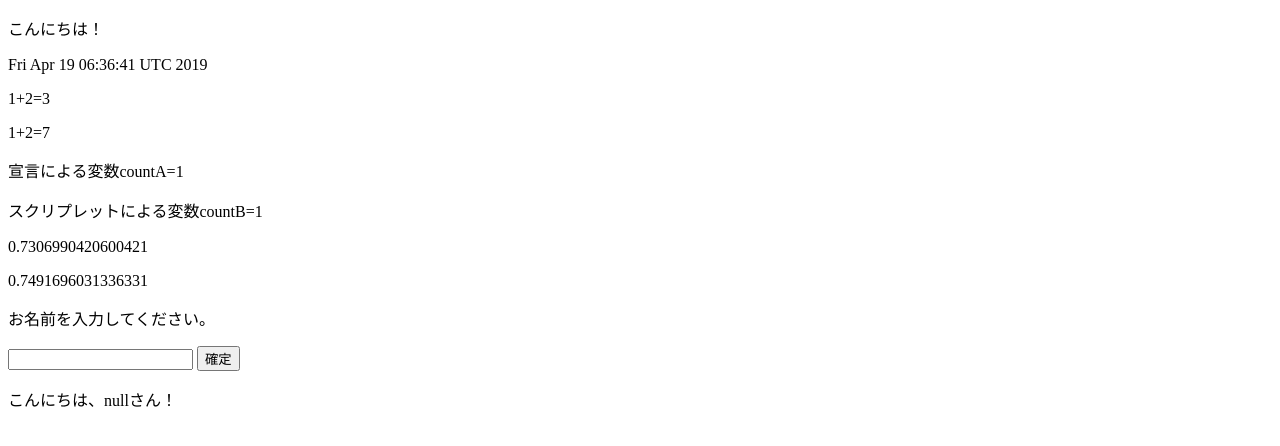
Repository: Sakamoto-Akira/test
Page: http://localhost/HelloJSP/
These files come from the project's save history. The page is drawn as it stood at one moment and after the next save; the edit follows.
The browser window is 1280 px wide. The pictures show the whole page.
The page is served by Tomcat 9.

Above is the page before, as saved 2019-04-19 07:53:10.

After the next save:
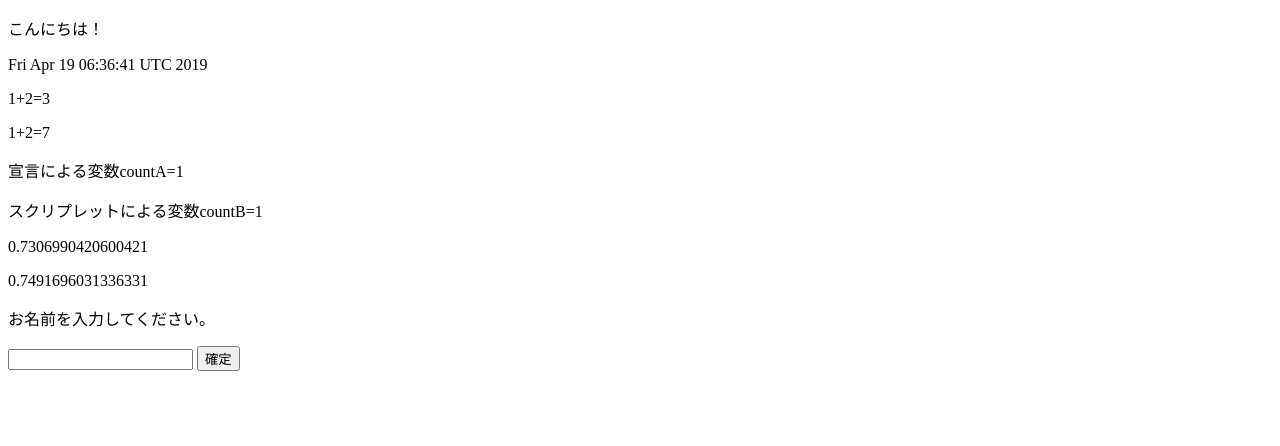
Saved 84 s later.
--- a/HelloJSP/WebContent/index.jsp
+++ b/HelloJSP/WebContent/index.jsp
@@ -38,7 +38,6 @@
 <input type="submit" value="確定">
 </form>
 
-<% request.setCharacterEncoding("UTF-8"); %>
-<p>こんにちは、<%=request.getParameter("user") %>さん！</p>
+
 </body>
 </html>
